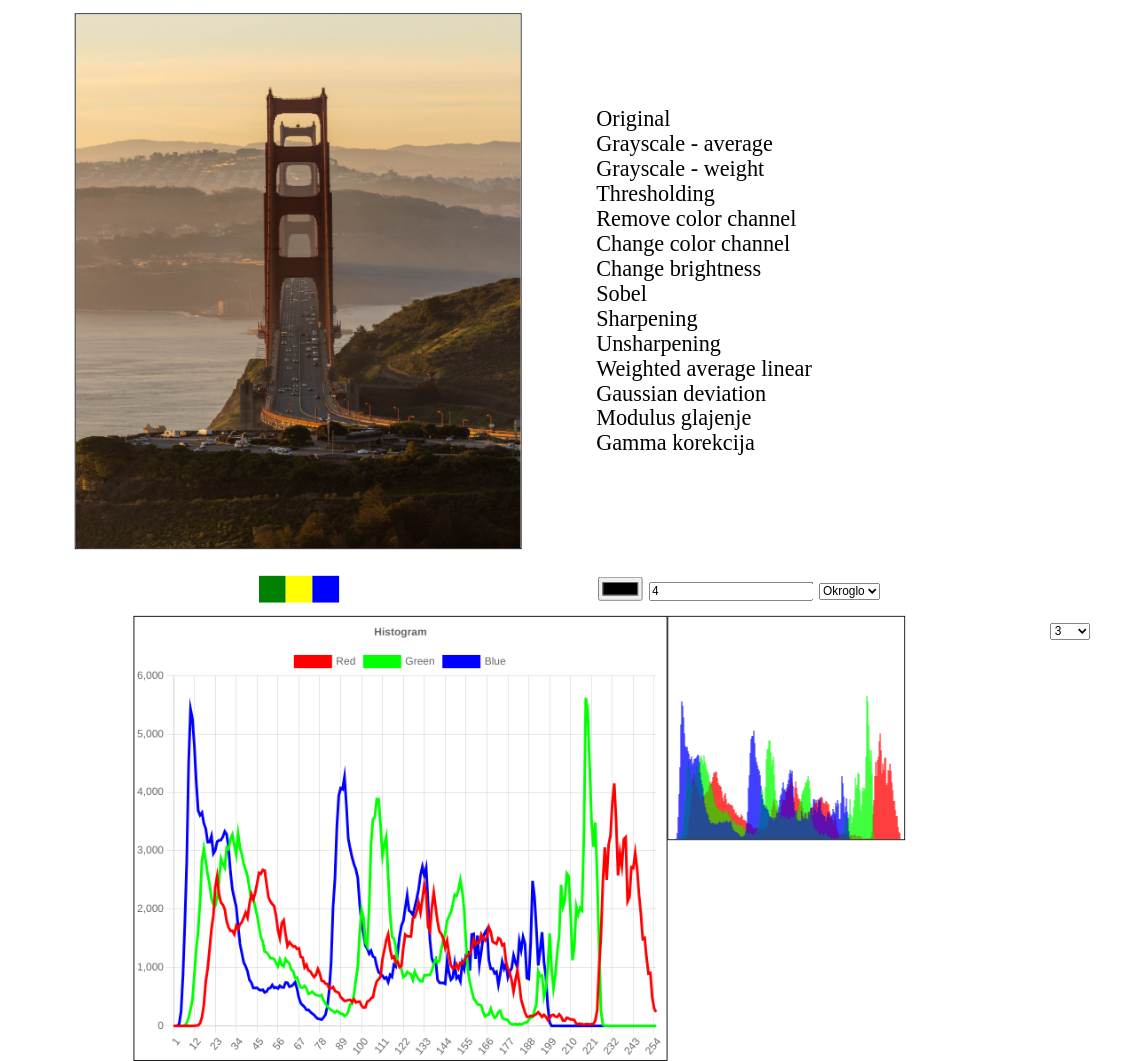
Repository: fussionko/web_photoshop
Page: index.html
These files come from the project's save history. The page is drawn as it stood at one moment and after the next save; the edit follows.
The browser window is 1280 px wide. The pictures show the whole page, at 89% of full size.
After loading, the first visible `#basket-num` was changed once.
Some web libraries are served in a nearby version.

Above is the page before, as saved 2022-04-29 10:51:12.

### index.html
<!doctype html>
<html lang="en">
    <head>
        <meta charset="utf-8">
        <meta name="viewport" content="width=device-width, initial-scale=1">

        <title>Slike</title>
        <link rel="stylesheet" href="style.css">
    </head>
    <body>
        <div id="container-main">
            <canvas id="main_canvas"></canvas>
            <div id="container-buttons"></div>
            <div id="container-controls"></div>
        </div>
        <div id="container-assist">
            <div id="container-history"><div id="history-back"></div><div id="history-fow"></div><div id="history-reset"></div></div>
            <div id="container-color">
                <input type="color" id="color" value="#000000">
                <input type="number" id="brush-size" step="1" value="4">
                <select id="cap-type">
                    <option value="butt">Butt</option>
                    <option value="round" selected>Okroglo</option>
                    <option value="square">Kvadrat</option>
                </select>
            </div>
        </div>
        <div id="container-histogram">
            <div>
                <canvas id="main-chart"></canvas>
            </div>
            <div>
                <canvas id="main-graph"></canvas>
            </div>
            <div id="container-graph-data">
                <select id="basket-num"></select>
            </div>
        </div>
        <script src="https://cdnjs.cloudflare.com/ajax/libs/Chart.js/3.7.1/chart.min.js"></script>
        <script src="filters.js"></script>
        <script src="draw.js"></script>
        <script src="history.js"></script>
        <script src="graph.js"></script>
        <script src="main.js"></script>
    </body>
</html>

### style.css
html {
    margin: 0;
    width: 100%;
    height: 100%;

    background-color: white !important;
}
body {
    margin: 0;

    display: grid;
    align-items: center;

    font-size: 25px;
    background-color: white !important;
    width: 100%;
    height: 100%;

}

#container-main, #container-assist, #container-historgram {
    margin: 15px 0;
}

#container-main {
    width: 100%;
    display: grid;
    grid-template-columns: auto auto 200px;
    align-items: center;
    justify-content: space-evenly;

}
canvas {

    border: 1px solid black;
}

.button-function {
    border: 1px solid black;
    padding: 5px;
    margin: 5px;;
}

#container-assist {
    display: grid;
    grid-template-columns: auto auto ;
    justify-content: space-evenly;
}

#container-history {
    display: flex;

}

#history-back, #history-fow, #history-reset {
    width: 30px;
    height: 30px;
}

#history-fow {
    background-color: yellow;
}

#history-back {
    background-color: green;
}

#history-reset {
    background-color: blue;
}

#container-histogram {
    display: grid;
    grid-template-columns: 1fr 1fr 100px;
    margin-left: 150px;
    margin-bottom: 100px;
    height: 500px;
}

### draw.js
function loadDraw()
{
    document.addEventListener('mousemove', draw);
    document.addEventListener('mousedown', function(e){
        setPosition(e);
        draw(e);
    });
    document.addEventListener('mouseenter', setPosition);
    document.addEventListener('mouseup', function(e){
        if(e.clientX > canvas_x_position + canvas_width || e.clientX < canvas_x_position) return;
        if(e.clientY > canvas_y_position + canvas_height || e.clientY < canvas_y_position) return;
        loadImage(getPixelData());
    });

    document.getElementById("color").addEventListener("change", function(){
        draw_color = this.value;
        console.log(draw_color);
    });

    document.getElementById("brush-size").addEventListener("change", function(){
        brush_size = parseInt(this.value);
        console.log(brush_size);
    });

    document.getElementById("cap-type").addEventListener("change", function(){
        cap_type = this.value;
        console.log(cap_type);
    });
}

let pos = {x:0, y:0}

function setPosition(e)
{
    pos.x = e.clientX - canvas_x_position;
    pos.y = e.clientY - canvas_y_position;
}

let draw_color = "#000000";
let brush_size = 4;
let cap_type = "round";
function draw(e)
{
    if (e.buttons !== 1) return;

    main_ctx.beginPath(); // begin

    main_ctx.lineWidth = brush_size;
    main_ctx.lineCap = cap_type;
    main_ctx.strokeStyle = draw_color;

    main_ctx.moveTo(pos.x, pos.y); // from
    setPosition(e);
    main_ctx.lineTo(pos.x, pos.y); // to

    main_ctx.stroke(); // draw it!


}

function delete_draw(e)
{
    if (e.buttons !== 1) return;

    main_ctx.beginPath(); // begin

    main_ctx.lineWidth = brush_size;
    main_ctx.lineCap = 'round';
    main_ctx.strokeStyle = draw_color;

    main_ctx.moveTo(pos.x, pos.y); // from
    setPosition(e);
    main_ctx.lineTo(pos.x, pos.y); // to

    main_ctx.stroke(); // draw it!
}

### history.js
function loadHistory()
{
    document.getElementById("history-back").addEventListener("click", function(){
        if(moveBackwardHistory() == -1) return;
        loadImageHistory();
    })

    document.getElementById("history-fow").addEventListener("click", function(){
        if(moveFowardHistory() == -1) return;
        loadImageHistory();
    })

    document.getElementById("history-reset").addEventListener("click", function(){
        let draw_image = new ImageData(canvas_width, canvas_height);
        draw_image.data.set(original_img_data);
        history = [draw_image.data];
        currentHistoryIndex = 1;
        current_filter_data["filter"] = "original";
        current_filter_data["index"] = 1;
        current_filter_data["data"] = draw_image.data;
        loadImageHistory();
    })
}

let history = [];
let currentHistoryIndex = 0;
function addToHistory(img_data)
{
    if(checkSame(img_data, history[history.length-1]) == 1) return;
    if(currentHistoryIndex != history.length)
        removeHistoryToIndex();

    history.push(img_data);
    currentHistoryIndex++;
}

function removeHistoryToIndex()
{
    history.splice(currentHistoryIndex, history.length-currentHistoryIndex)
}

function moveFowardHistory()
{
    if(currentHistoryIndex+1 > history.length) return -1;
    currentHistoryIndex++;
    return 1;
}

function moveBackwardHistory()
{
    if(currentHistoryIndex-1 <= 0) return -1;
    currentHistoryIndex--;
    return 1;
}

function getCurrentHistory()
{
    return history[currentHistoryIndex];
}

### graph.js
const graph_width = 265;
const graph_height = 250;

const chart_width = 600;
const chart_height = 500;

let main_graph;
let graph_ctx;

let chart_ctx;

let normalization_value = 35;
let graph_offset = 5;

let main_chart;

function initGraph()
{
    main_graph = document.getElementById("main-graph");
    graph_ctx = main_graph.getContext('2d');
    main_graph.width = graph_width;
    main_graph.height = graph_height;

    main_chart = document.getElementById("main-chart")
    chart_ctx = main_chart.getContext('2d');
    main_chart.width = chart_width;
    main_chart.height = chart_height;

    let select_basket = document.getElementById("basket-num")
    for(let i = 0; i <= 255; i++)
        if(255%i == 0)
        {
            let option = document.createElement("option");
            option.value = i;
            option.innerText = i;
            select_basket.appendChild(option);
        }

    document.getElementById("basket-num").addEventListener("change", function(){
        let value = parseInt(this.value);
        basket_num = value;
        create_graph()
        console.log("neki");
    });

    clear_graph()
    create_graph()

    main_chart = new Chart(
        chart_ctx,
        config
    );

}

function all_new_graphs(img_data)
{
    clear_graph()
    create_graph()
    count_Pixel(img_data);

    updateLabels()
    addData(main_chart);

    normalizeGraph();
    draw_graph()
}

function clear_graph()
{
    graph_ctx.fillStyle = "#FFFFFF";
    graph_ctx.fillRect(0, 0, graph_width, graph_height);
}



let basket_num = 255;
let basket_size = 255/basket_num;
const graph_template = {
    "r":{},
    "g":{},
    "b":{}
}
let graph = JSON.parse(JSON.stringify(graph_template));

function create_graph()
{
    graph = JSON.parse(JSON.stringify(graph_template));
    for(let i = 1; i <= basket_num; i++)
    {
        graph["r"][basket_size*i] = 0;
        graph["g"][basket_size*i] = 0;
        graph["b"][basket_size*i] = 0;
    }
}

function count_Pixel(img_data)
{

    let ranges = Object.keys(graph["r"]);

    for(let i = 0; i < img_data.length; i+=4)
    {
        for(const key in ranges)
            if(img_data[i] < parseInt(ranges[key]))
            {
                graph["r"][ranges[key]]++;
                break;
            }
        for(const key in ranges)
            if(img_data[i+1] < parseInt(ranges[key]))
            {
                graph["g"][ranges[key]]++;
                break;
            }
        for(const key in ranges)
            if(img_data[i+2] < parseInt(ranges[key]))
            {
                graph["b"][ranges[key]]++;
                break;
            }
    }
}

function normalizeGraph()
{
    for(const c in graph)
        for(const range in graph[c])
            graph[c][range] = Math.round(graph[c][range]/normalization_value);
}

let i = 0;
function draw_graph_animation()
{

}


function drawCurve(range, height, prev, color)
{
    graph_ctx.strokeStyle = color;
    graph_ctx.beginPath();
    graph_ctx.moveTo(graph_offset+range-1, graph_height-prev);
    graph_ctx.quadraticCurveTo(graph_offset+range-1, graph_height-prev, graph_offset+range, height);
    graph_ctx.stroke();
    graph_ctx.closePath();
}



let labels = [];
for(let i = 0; i<= 255; i++)
    labels[i] = i;


function updateLabels()
{
    labels = [];
    for(const label in graph["r"])
        labels.push(parseInt(label));
}


const data = {
    labels: labels,
    datasets: [
        {
            label: 'Red',
            data: [],
            borderColor: "#ff0000",
            backgroundColor: "#ff0000",
        },
        {
            label: 'Green',
            data: [],
            borderColor: "#00ff00",
            backgroundColor: "#00ff00",
        },
        {
            label: 'Blue',
            data: [],
            borderColor: "#0000ff",
            backgroundColor: "#0000ff",
        }
    ]
};

const config = {
    type: 'line',
    data: data,
    options: {
        responsive: false,
        plugins: {
            legend:
            {
                position: 'top',
            },
            title:
            {
                display: true,
                text: 'Histogram'
            }
        },
        scales: {
            x: {
              ticks: {
                beginAtZero: true,
              }
            },
            y: {
              ticks: {
                beginAtZero: true,

              }
            }
          },
          elements: {
            point:{
                radius: 0
            }
        },
        animations: {
            tension: {
              duration: 1000,
              easing: 'linear',
              from: 1,
              to: 0,
            }
          },
    },
};


function addData(chart) {
    chart.data.labels = labels;
    console.log(JSON.parse(JSON.stringify(graph)));
    chart.data.datasets.forEach((dataset) => {
        dataset.data = [];
        if(dataset.label == "Red")
            for(const range in graph["r"])
                dataset.data.push(graph["r"][range]);
        else if(dataset.label == "Green")
            for(const range in graph["g"])
                dataset.data.push(graph["g"][range]);
        else if(dataset.label == "Blue")
            for(const range in graph["b"])
                    dataset.data.push(graph["b"][range]);
    });
    console.log(chart.data);
    chart.update();
}



function draw_graph()
{
    graph_ctx.lineWidth = 1;

    for(let range in graph["r"])
    {
        range = parseInt(range);

        graph_ctx.beginPath();
        graph_ctx.moveTo(graph_offset+range, graph_height);
        graph_ctx.strokeStyle = "#FF0000";

        graph_ctx.lineTo(graph_offset+range, graph_height-graph["r"][range]);
        graph_ctx.stroke();
        graph_ctx.closePath();

        graph_ctx.beginPath();
        graph_ctx.moveTo(graph_offset+range, graph_height);
        graph_ctx.strokeStyle = "#00FF00";
        graph_ctx.lineTo(graph_offset+range, graph_height-graph["g"][range]);
        graph_ctx.stroke();
        graph_ctx.closePath();

        graph_ctx.beginPath();
        graph_ctx.moveTo(graph_offset+range, graph_height);
        graph_ctx.strokeStyle = "#0000FF";
        graph_ctx.lineTo(graph_offset+range, graph_height-graph["b"][range]);
        graph_ctx.stroke();
        graph_ctx.closePath();
    }


}

Loaded but not shown: main.js (437 lines, source omitted); filters.js (443 lines, source omitted)

After the next save:
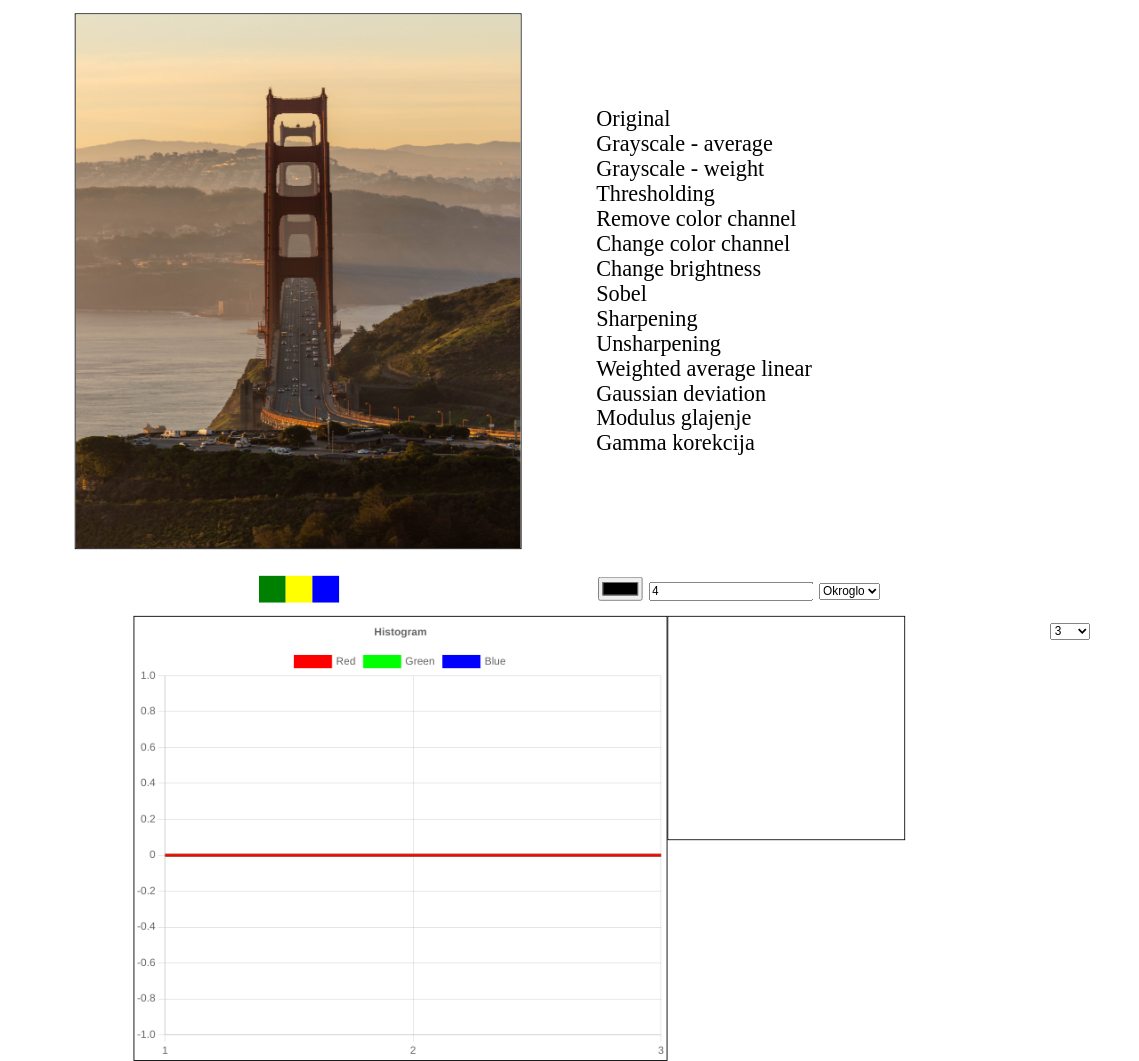
Saved 45 s later.
--- a/graph.js
+++ b/graph.js
@@ -39,8 +39,7 @@ function initGraph()
     document.getElementById("basket-num").addEventListener("change", function(){
         let value = parseInt(this.value);
         basket_num = value;
-        create_graph()
-        console.log("neki");
+        all_new_graphs(getPixelData());
     });
 
     clear_graph()
